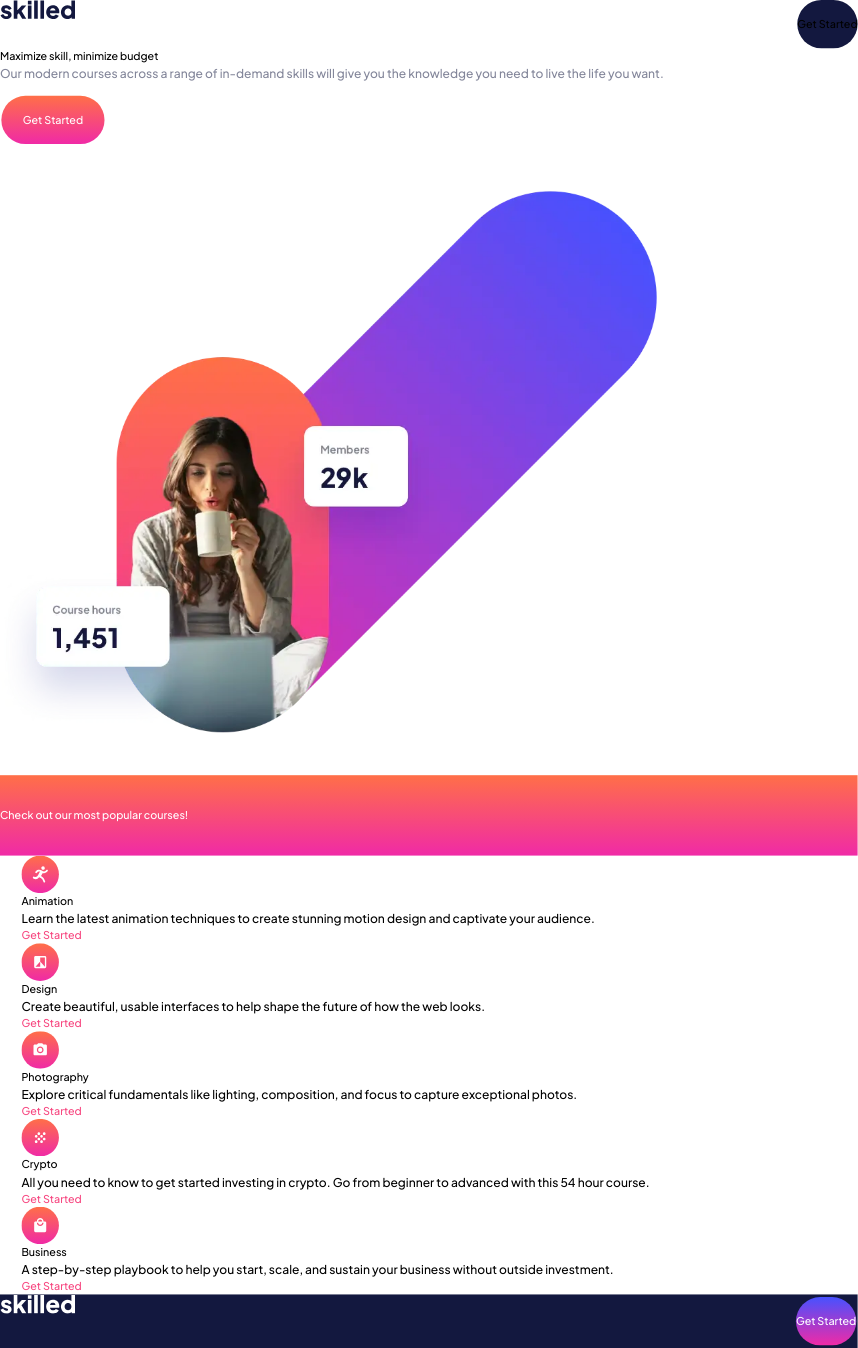
Repository: blordeus/Skilled-e-learning-landing-page
Page: index.html
The author's editor kept a copy of each file at every save. The page is drawn from the files as they stood at one save, then again after the next save.
The browser window is 1280 px wide. The pictures show the whole page, at 67% of full size.

Above is the page before, as saved 2023-06-17 23:03:23.

### index.html
<!DOCTYPE html>
<html lang="en">
<head>
  <meta charset="UTF-8">
  <meta name="viewport" content="width=device-width, initial-scale=1.0">
  <link rel="stylesheet" href="style.css">
  <link rel="stylesheet" href="output.css">
  <link rel="preconnect" href="https://fonts.googleapis.com">
  <link rel="preconnect" href="https://fonts.gstatic.com" crossorigin>
  <link href="https://fonts.googleapis.com/css2?family=Plus+Jakarta+Sans:wght@500;700;800&display=swap" rel="stylesheet">
  <link rel="icon" type="image/png" sizes="32x32" href="./assets/favicon-32x32.png">

  <title>Frontend Mentor | Skilled e-learning landing page</title>
</head>
<body class="min-h-screen w-full">

  <main class="md:px-8 max-lg:px-80 max-sm:px-6">
    <div class="grid grid-flow-col place-content-between mb-6 mt-4">
      <img src="./assets/logo-dark.svg" alt="logo dark" class="translate-y-6">
      <button class="px-12 py-6 text-skilled-color6 rounded-full bg-skilled-color2 items-center">Get Started</button>
    </div >

    <div class="hero-section md:grid md:grid-flow-row sm:grid-cols-2 gap-4 pt-4 place-content-center">
      <div class="flex flex-1 flex-col place-content-center ">
      <h1 class="sm:text-heading-xl sm:leading-70 sm:font-weight:700 max-sm:text-heading-l max-sm:font-weight:700 lg:me-80 pb">Maximize skill, minimize budget</h1>
      <p class="text-skilled-color3 text-body-m leading-40 pb-4 lg:me-52">
        Our modern courses across a range of in-demand skills will give you the
        knowledge you need to live the life you want.
      </p>
      <button class="button-gradient1 px-8 py-6 rounded-full w-[40%]">Get Started</button>
      </div>
         <div class="grid md:translate-x-48 md:-translate-y-[40px] lg:translate-x-72 lg:-translate-y-[60px]">
      <picture class="sm:scale-150 lg:scale-[175%] md:scale-[175%]">
        <source srcset="/assets/image-hero-desktop.webp, /assets/image-hero-desktop@2x.webp 2x" type="image/webp"
          media="(min-width: 75em)">
        <source srcset="/assets/image-hero-desktop.png, /assets/image-hero-desktop@2x.png 2x" type="image/png"
          media="(min-width: 75em)">
        <source srcset="/assets/image-hero-tablet.webp, /assets/image-hero-tablet@2x.webp 2x" type="image/webp"
          media="(min-width: 45em)">
        <source srcset="/assets/image-hero-tablet.png, /assets/image-hero-tablet@2x.png 2x" type="image/png"
          media="(min-width: 45em)">
        <source srcset="/assets/image-hero-mobile.webp, /assets/image-hero-mobile@2x.webp 2x" type="image/webp">
        <source srcset="/assets/image-hero-mobile.png, /assets/image-hero-mobile@2x.png 2x" type="image/png">
        <img src="/assets/image-hero-mobile.png" alt="29k members and 1,451 course hours">
      </picture>
       </div>
      </div>


    </div>



    <section class="md:mt-40 grid grid-flow-row md:gap-x-4 md:gap-y-20 lg:gap-x-8 lg:gap-y-24 lg:grid-cols-3 md:grid-cols-2 gap-12 pb-24 md:grid-rows-1">
      <div class="popular-bg rounded-xl py-12 grid lg:px-4 max-sm:px-4" >
      <h2 class="text-heading-m leading-[40px] px-4 font-medium">Check out our most popular courses!</h2>
      </div

      <div class="grid gap-12 lg:gap-6">
        <div class="bg-skilled-color3 grid gap-2 px-8 py-8 rounded-lg ">
          <img src="./assets/icon-animation.svg" alt="animation" class="-translate-y-14 scale-125">
          <h2 class="text-heading-s -translate-y-8">Animation</h2>
          <p class="text-body-m leading-40 -translate-y-6">
            Learn the latest animation techniques to create stunning motion
            design and captivate your audience.
          </p>
          <p class="text-skilled-color4 text-[22px]">Get Started</p>
        </div>
        <div class="bg-skilled-color3 grid gap-2 px-8 py-8 rounded-lg ">
          <img src="./assets/icon-design.svg" alt="design" class="-translate-y-14 scale-125">
          <h2 class="text-heading-s -translate-y-8">Design</h2>
          <p class="text-body-m leading-40 -translate-y-6">
            Create beautiful, usable interfaces to help shape the future of
            how the web looks.
          </p>
          <p class="text-skilled-color4 text-[22px]">Get Started</p>
        </div>
        <div class="bg-skilled-color3 grid gap-2 px-8 py-8 rounded-lg ">
          <img src="./assets/icon-photography.svg" alt="photography" class="-translate-y-14 scale-125">
          <h2 class="text-heading-s -translate-y-8">Photography</h2>
          <p class="text-body-m leading-40 -translate-y-6">
            Explore critical fundamentals like lighting, composition, and focus
            to capture exceptional photos.
          </p>
          <p class="text-skilled-color4 text-[22px]">Get Started</p>
        </div>
        <div class="bg-skilled-color3 grid gap-2 px-8 py-8 rounded-lg ">
          <img src="./assets/icon-crypto.svg" alt="crypto" class="-translate-y-14 scale-125">
          <h2 class="text-heading-s -translate-y-8">Crypto</h2>
          <p class="text-body-m leading-40 -translate-y-6">
            All you need to know to get started investing in crypto. Go from beginner
            to advanced with this 54 hour course.
          </p>
          <p  class="text-skilled-color4 text-[22px]">Get Started</p>
        </div>
        <div class="bg-skilled-color3 grid gap-2 px-8 py-8 rounded-lg ">
          <img src="./assets/icon-business.svg" alt="business" class="-translate-y-14 scale-125">
          <h2 class="text-heading-s -translate-y-8">Business</h2>
          <p class="text-body-m leading-40 -translate-y-6">
            A step-by-step playbook to help you start, scale, and sustain your business
            without outside investment.
          </p>
          <p class="text-skilled-color4 text-[22px]">Get Started</p>
        </div>
      </div>

    </section>

  </main>
  <footer class="footer bg-skilled-color2 py-8 px-2 lg:px-40">
    <div class="grid grid-flow-col place-content-between py-4">
      <img src="./assets/logo-light.svg" alt="" class="translate-y-6">
      <button class="button-gradient2 px-12 py-6 rounded-full">Get Started</button>
    </div>
</footer>
</body>
</html>

### style.css
@import url('https://fonts.googleapis.com/css2?family=Plus+Jakarta+Sans:wght@500;700;800&display=swap');

.popular-bg{
    background: linear-gradient(to bottom, #FF6F48, #F02AA6);
    text-align: start;
    color: white;
}

.button {
    background-color: #13183F;
    border: none;
    color: white;
    padding: 10px 20px;
    text-align: center;
    text-decoration: none;
    display: inline-block;
    margin: 4px 2px;
    cursor: pointer;
    border-radius: 16px;
  }
  .button-gradient1 {
    background: linear-gradient(to bottom, #FF6F48, #F02AA6);
    border: none;
    color: white;
    text-align: center;
    text-decoration: none;
    display: inline-block;
    margin: 4px 2px;
    cursor: pointer;
    border-radius: 30px;
  }
  .button-gradient2 {
    background: linear-gradient(to bottom, #4851FF, #F02AA6);
    border: none;
    color: white;
    text-align: center;
    text-decoration: none;
    display: inline-block;
    margin: 4px 2px;
    cursor: pointer;
    border-radius: 16px;
  }

### output.css
/*
! tailwindcss v3.3.2 | MIT License | https://tailwindcss.com
*/

/*
1. Prevent padding and border from affecting element width. (https://github.com/mozdevs/cssremedy/issues/4)
2. Allow adding a border to an element by just adding a border-width. (https://github.com/tailwindcss/tailwindcss/pull/116)
*/

*,
::before,
::after {
  box-sizing: border-box;
  /* 1 */
  border-width: 0;
  /* 2 */
  border-style: solid;
  /* 2 */
  border-color: currentColor;
  /* 2 */
}

::before,
::after {
  --tw-content: '';
}

/*
1. Use a consistent sensible line-height in all browsers.
2. Prevent adjustments of font size after orientation changes in iOS.
3. Use a more readable tab size.
4. Use the user's configured `sans` font-family by default.
5. Use the user's configured `sans` font-feature-settings by default.
6. Use the user's configured `sans` font-variation-settings by default.
*/

html {
  line-height: 1.5;
  /* 1 */
  -webkit-text-size-adjust: 100%;
  /* 2 */
  -moz-tab-size: 4;
  /* 3 */
  -o-tab-size: 4;
     tab-size: 4;
  /* 3 */
  font-family: Plus Jakarta Sans, sans-serif;
  /* 4 */
  font-feature-settings: normal;
  /* 5 */
  font-variation-settings: normal;
  /* 6 */
}

/*
1. Remove the margin in all browsers.
2. Inherit line-height from `html` so users can set them as a class directly on the `html` element.
*/

body {
  margin: 0;
  /* 1 */
  line-height: inherit;
  /* 2 */
}

/*
1. Add the correct height in Firefox.
2. Correct the inheritance of border color in Firefox. (https://bugzilla.mozilla.org/show_bug.cgi?id=190655)
3. Ensure horizontal rules are visible by default.
*/

hr {
  height: 0;
  /* 1 */
  color: inherit;
  /* 2 */
  border-top-width: 1px;
  /* 3 */
}

/*
Add the correct text decoration in Chrome, Edge, and Safari.
*/

abbr:where([title]) {
  -webkit-text-decoration: underline dotted;
          text-decoration: underline dotted;
}

/*
Remove the default font size and weight for headings.
*/

h1,
h2,
h3,
h4,
h5,
h6 {
  font-size: inherit;
  font-weight: inherit;
}

/*
Reset links to optimize for opt-in styling instead of opt-out.
*/

a {
  color: inherit;
  text-decoration: inherit;
}

/*
Add the correct font weight in Edge and Safari.
*/

b,
strong {
  font-weight: bolder;
}

/*
1. Use the user's configured `mono` font family by default.
2. Correct the odd `em` font sizing in all browsers.
*/

code,
kbd,
samp,
pre {
  font-family: ui-monospace, SFMono-Regular, Menlo, Monaco, Consolas, "Liberation Mono", "Courier New", monospace;
  /* 1 */
  font-size: 1em;
  /* 2 */
}

/*
Add the correct font size in all browsers.
*/

small {
  font-size: 80%;
}

/*
Prevent `sub` and `sup` elements from affecting the line height in all browsers.
*/

sub,
sup {
  font-size: 75%;
  line-height: 0;
  position: relative;
  vertical-align: baseline;
}

sub {
  bottom: -0.25em;
}

sup {
  top: -0.5em;
}

/*
1. Remove text indentation from table contents in Chrome and Safari. (https://bugs.chromium.org/p/chromium/issues/detail?id=999088, https://bugs.webkit.org/show_bug.cgi?id=201297)
2. Correct table border color inheritance in all Chrome and Safari. (https://bugs.chromium.org/p/chromium/issues/detail?id=935729, https://bugs.webkit.org/show_bug.cgi?id=195016)
3. Remove gaps between table borders by default.
*/

table {
  text-indent: 0;
  /* 1 */
  border-color: inherit;
  /* 2 */
  border-collapse: collapse;
  /* 3 */
}

/*
1. Change the font styles in all browsers.
2. Remove the margin in Firefox and Safari.
3. Remove default padding in all browsers.
*/

button,
input,
optgroup,
select,
textarea {
  font-family: inherit;
  /* 1 */
  font-size: 100%;
  /* 1 */
  font-weight: inherit;
  /* 1 */
  line-height: inherit;
  /* 1 */
  color: inherit;
  /* 1 */
  margin: 0;
  /* 2 */
  padding: 0;
  /* 3 */
}

/*
Remove the inheritance of text transform in Edge and Firefox.
*/

button,
select {
  text-transform: none;
}

/*
1. Correct the inability to style clickable types in iOS and Safari.
2. Remove default button styles.
*/

button,
[type='button'],
[type='reset'],
[type='submit'] {
  /* 1 */
  background-color: transparent;
  /* 2 */
  background-image: none;
  /* 2 */
}

/*
Use the modern Firefox focus style for all focusable elements.
*/

:-moz-focusring {
  outline: auto;
}

/*
Remove the additional `:invalid` styles in Firefox. (https://github.com/mozilla/gecko-dev/blob/2f9eacd9d3d995c937b4251a5557d95d494c9be1/layout/style/res/forms.css#L728-L737)
*/

:-moz-ui-invalid {
  box-shadow: none;
}

/*
Add the correct vertical alignment in Chrome and Firefox.
*/

progress {
  vertical-align: baseline;
}

/*
Correct the cursor style of increment and decrement buttons in Safari.
*/

::-webkit-inner-spin-button,
::-webkit-outer-spin-button {
  height: auto;
}

/*
1. Correct the odd appearance in Chrome and Safari.
2. Correct the outline style in Safari.
*/

[type='search'] {
  /* 1 */
  outline-offset: -2px;
  /* 2 */
}

/*
Remove the inner padding in Chrome and Safari on macOS.
*/

::-webkit-search-decoration {
  -webkit-appearance: none;
}

/*
1. Correct the inability to style clickable types in iOS and Safari.
2. Change font properties to `inherit` in Safari.
*/

::-webkit-file-upload-button {
  -webkit-appearance: button;
  /* 1 */
  font: inherit;
  /* 2 */
}

/*
Add the correct display in Chrome and Safari.
*/

summary {
  display: list-item;
}

/*
Removes the default spacing and border for appropriate elements.
*/

blockquote,
dl,
dd,
h1,
h2,
h3,
h4,
h5,
h6,
hr,
figure,
p,
pre {
  margin: 0;
}

fieldset {
  margin: 0;
  padding: 0;
}

legend {
  padding: 0;
}

ol,
ul,
menu {
  list-style: none;
  margin: 0;
  padding: 0;
}

/*
Prevent resizing textareas horizontally by default.
*/

textarea {
  resize: vertical;
}

/*
1. Reset the default placeholder opacity in Firefox. (https://github.com/tailwindlabs/tailwindcss/issues/3300)
2. Set the default placeholder color to the user's configured gray 400 color.
*/

input::-moz-placeholder, textarea::-moz-placeholder {
  opacity: 1;
  /* 1 */
  color: #9ca3af;
  /* 2 */
}

input::placeholder,
textarea::placeholder {
  opacity: 1;
  /* 1 */
  color: #9ca3af;
  /* 2 */
}

/*
Set the default cursor for buttons.
*/

button,
[role="button"] {
  cursor: pointer;
}

/*
Make sure disabled buttons don't get the pointer cursor.
*/

:disabled {
  cursor: default;
}

/*
1. Make replaced elements `display: block` by default. (https://github.com/mozdevs/cssremedy/issues/14)
2. Add `vertical-align: middle` to align replaced elements more sensibly by default. (https://github.com/jensimmons/cssremedy/issues/14#issuecomment-634934210)
   This can trigger a poorly considered lint error in some tools but is included by design.
*/

img,
svg,
video,
canvas,
audio,
iframe,
embed,
object {
  display: block;
  /* 1 */
  /* 2 */
}

/*
Constrain images and videos to the parent width and preserve their intrinsic aspect ratio. (https://github.com/mozdevs/cssremedy/issues/14)
*/

img,
video {
  max-width: 100%;
  height: auto;
}

/* Make elements with the HTML hidden attribute stay hidden by default */

[hidden] {
  display: none;
}

*, ::before, ::after {
  --tw-border-spacing-x: 0;
  --tw-border-spacing-y: 0;
  --tw-translate-x: 0;
  --tw-translate-y: 0;
  --tw-rotate: 0;
  --tw-skew-x: 0;
  --tw-skew-y: 0;
  --tw-scale-x: 1;
  --tw-scale-y: 1;
  --tw-pan-x:  ;
  --tw-pan-y:  ;
  --tw-pinch-zoom:  ;
  --tw-scroll-snap-strictness: proximity;
  --tw-gradient-from-position:  ;
  --tw-gradient-via-position:  ;
  --tw-gradient-to-position:  ;
  --tw-ordinal:  ;
  --tw-slashed-zero:  ;
  --tw-numeric-figure:  ;
  --tw-numeric-spacing:  ;
  --tw-numeric-fraction:  ;
  --tw-ring-inset:  ;
  --tw-ring-offset-width: 0px;
  --tw-ring-offset-color: #fff;
  --tw-ring-color: rgb(59 130 246 / 0.5);
  --tw-ring-offset-shadow: 0 0 #0000;
  --tw-ring-shadow: 0 0 #0000;
  --tw-shadow: 0 0 #0000;
  --tw-shadow-colored: 0 0 #0000;
  --tw-blur:  ;
  --tw-brightness:  ;
  --tw-contrast:  ;
  --tw-grayscale:  ;
  --tw-hue-rotate:  ;
  --tw-invert:  ;
  --tw-saturate:  ;
  --tw-sepia:  ;
  --tw-drop-shadow:  ;
  --tw-backdrop-blur:  ;
  --tw-backdrop-brightness:  ;
  --tw-backdrop-contrast:  ;
  --tw-backdrop-grayscale:  ;
  --tw-backdrop-hue-rotate:  ;
  --tw-backdrop-invert:  ;
  --tw-backdrop-opacity:  ;
  --tw-backdrop-saturate:  ;
  --tw-backdrop-sepia:  ;
}

::backdrop {
  --tw-border-spacing-x: 0;
  --tw-border-spacing-y: 0;
  --tw-translate-x: 0;
  --tw-translate-y: 0;
  --tw-rotate: 0;
  --tw-skew-x: 0;
  --tw-skew-y: 0;
  --tw-scale-x: 1;
  --tw-scale-y: 1;
  --tw-pan-x:  ;
  --tw-pan-y:  ;
  --tw-pinch-zoom:  ;
  --tw-scroll-snap-strictness: proximity;
  --tw-gradient-from-position:  ;
  --tw-gradient-via-position:  ;
  --tw-gradient-to-position:  ;
  --tw-ordinal:  ;
  --tw-slashed-zero:  ;
  --tw-numeric-figure:  ;
  --tw-numeric-spacing:  ;
  --tw-numeric-fraction:  ;
  --tw-ring-inset:  ;
  --tw-ring-offset-width: 0px;
  --tw-ring-offset-color: #fff;
  --tw-ring-color: rgb(59 130 246 / 0.5);
  --tw-ring-offset-shadow: 0 0 #0000;
  --tw-ring-shadow: 0 0 #0000;
  --tw-shadow: 0 0 #0000;
  --tw-shadow-colored: 0 0 #0000;
  --tw-blur:  ;
  --tw-brightness:  ;
  --tw-contrast:  ;
  --tw-grayscale:  ;
  --tw-hue-rotate:  ;
  --tw-invert:  ;
  --tw-saturate:  ;
  --tw-sepia:  ;
  --tw-drop-shadow:  ;
  --tw-backdrop-blur:  ;
  --tw-backdrop-brightness:  ;
  --tw-backdrop-contrast:  ;
  --tw-backdrop-grayscale:  ;
  --tw-backdrop-hue-rotate:  ;
  --tw-backdrop-invert:  ;
  --tw-backdrop-opacity:  ;
  --tw-backdrop-saturate:  ;
  --tw-backdrop-sepia:  ;
}

.grid {
  display: grid;
}

.min-h-screen {
  min-height: 100vh;
}

.w-full {
  width: 100%;
}

.grid-flow-row {
  grid-auto-flow: row;
}

.grid-flow-col {
  grid-auto-flow: column;
}

.place-content-between {
  place-content: space-between;
}

.rounded-full {
  border-radius: 9999px;
}

.bg-skilled-color2 {
  --tw-bg-opacity: 1;
  background-color: rgb(19 24 63 / var(--tw-bg-opacity));
}

.p-4 {
  padding: 1rem;
}

.p-6 {
  padding: 1.5rem;
}

.p-8 {
  padding: 2rem;
}

.px-8 {
  padding-left: 2rem;
  padding-right: 2rem;
}

.py-12 {
  padding-top: 3rem;
  padding-bottom: 3rem;
}

.py-6 {
  padding-top: 1.5rem;
  padding-bottom: 1.5rem;
}

.pb-4 {
  padding-bottom: 1rem;
}

.text-heading-xl {
  font-size: 56px;
}

.text-body-m {
  font-size: 18px;
}

.leading-28 {
  line-height: 28px;
}

.leading-70 {
  line-height: 70px;
}

.text-skilled-color3 {
  --tw-text-opacity: 1;
  color: rgb(131 134 154 / var(--tw-text-opacity));
}

.text-skilled-color4 {
  --tw-text-opacity: 1;
  color: rgb(247 71 128 / var(--tw-text-opacity));
}

@media (min-width: 640px) {
  .sm\:text-heading-l {
    font-size: 40px;
  }

  .sm\:leading-51 {
    line-height: 51px;
  }
}

After the next save:
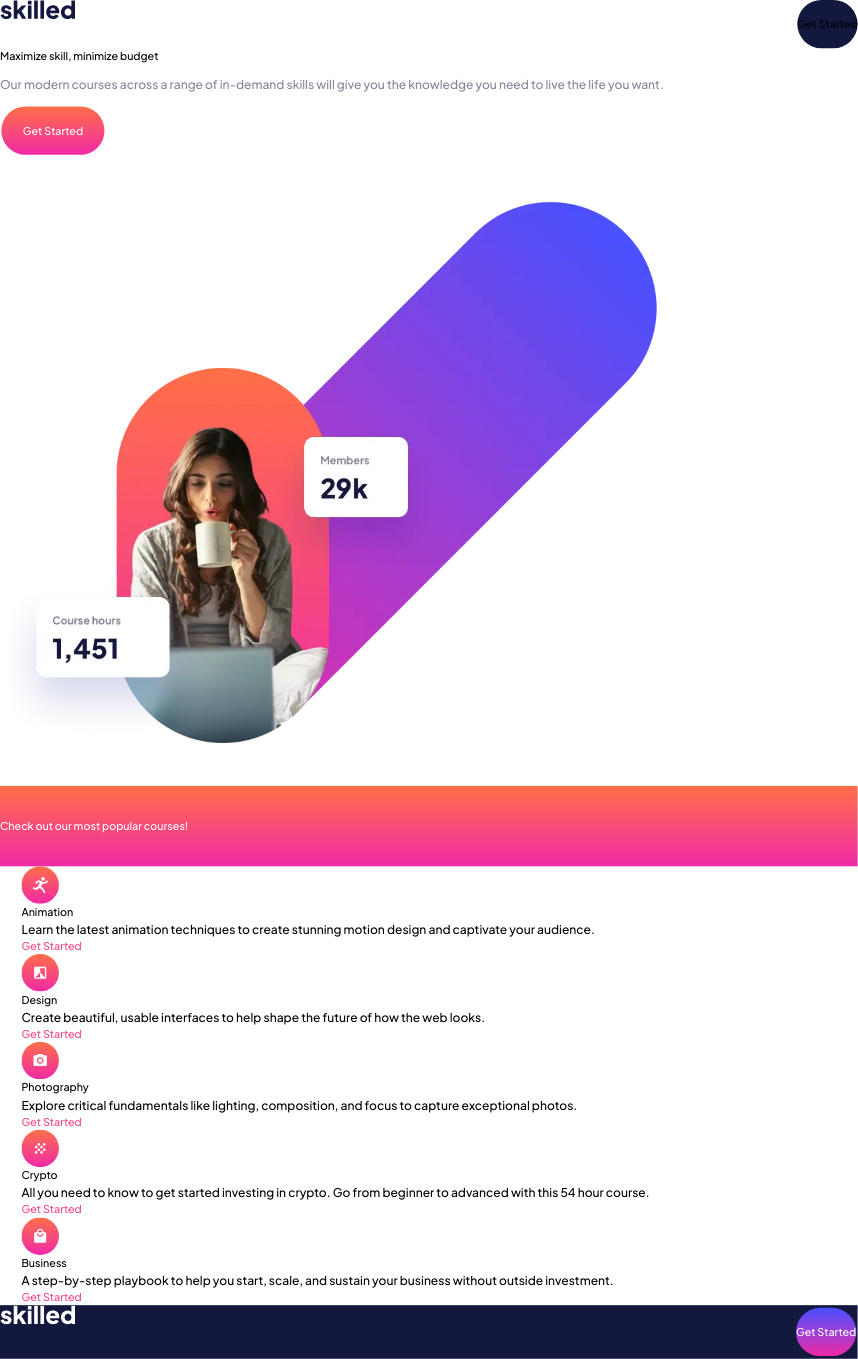
Saved 11 s later.
--- a/index.html
+++ b/index.html
@@ -22,7 +22,7 @@
 
     <div class="hero-section md:grid md:grid-flow-row sm:grid-cols-2 gap-4 pt-4 place-content-center">
       <div class="flex flex-1 flex-col place-content-center ">
-      <h1 class="sm:text-heading-xl sm:leading-70 sm:font-weight:700 max-sm:text-heading-l max-sm:font-weight:700 lg:me-80 pb">Maximize skill, minimize budget</h1>
+      <h1 class="sm:text-heading-xl sm:leading-70 sm:font-weight:700 max-sm:text-heading-l max-sm:font-weight:700 lg:me-80 pb-4">Maximize skill, minimize budget</h1>
       <p class="text-skilled-color3 text-body-m leading-40 pb-4 lg:me-52">
         Our modern courses across a range of in-demand skills will give you the
         knowledge you need to live the life you want.
